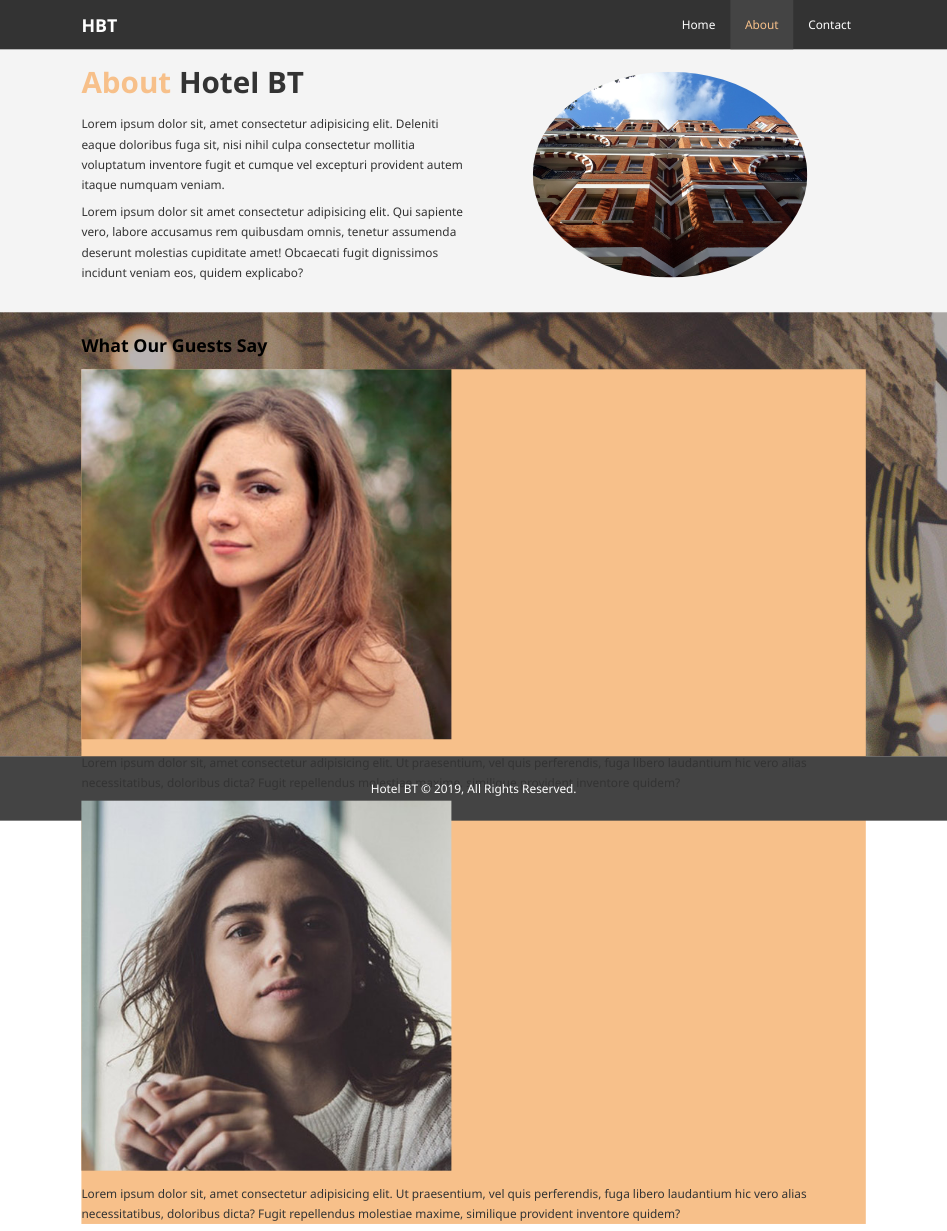
Repository: minhtien9/hotel-website
Page: about.html
An editor plug-in stored every save of this project. The page is shown before and after the next save, followed by the edit.
The browser window is 1280 px wide. The pictures show the whole page, at 74% of full size.

Above is the page before, as saved 2021-08-14 18:27:23.

### about.html
<!DOCTYPE html>
<html lang="en">

<head>
    <meta charset="UTF-8" />
    <meta http-equiv="X-UA-Compatible" content="IE=edge" />
    <meta name="viewport" content="width=device-width, initial-scale=1.0" />
    <meta name="description" content="Welcome to the most extraordinary hotel in Boston Massachusetts" />
    <meta name="keywords" content="hotel, boston hotel, new england hotel" />

    <link rel="stylesheet" href="css/style.css" />
    <title>Hotel BT | About</title>
</head>

<body>
    <header>
        <nav id="navbar">
            <div class="container">
                <h1 class="logo">
                    <a href="index.html"></a> HBT</h1>
                <ul>
                    <li><a href="index.html">Home</a></li>
                    <li><a class="current" href="about.html">About</a></li>
                    <li><a href="contact.html">Contact</a></li>
                </ul>
            </div>
        </nav>
    </header>
    <section id="about-info" class="bg-light py-3">
        <div class="container">
            <div class="info-left">
                <h1 class="l-heading">
                    <span class="text-primary">About</span> Hotel BT
                </h1>
                <p>
                    Lorem ipsum dolor sit, amet consectetur adipisicing elit. Deleniti eaque doloribus fuga sit, nisi nihil culpa consectetur mollitia voluptatum inventore fugit et cumque vel excepturi provident autem itaque numquam veniam.
                </p>
                <p>
                    Lorem ipsum dolor sit amet consectetur adipisicing elit. Qui sapiente vero, labore accusamus rem quibusdam omnis, tenetur assumenda deserunt molestias cupiditate amet! Obcaecati fugit dignissimos incidunt veniam eos, quidem explicabo?
                </p>
            </div>
            <div class="info-right">
                <img src="./img/photo-2.jpg" alt="hotel" />
            </div>
        </div>
    </section>
    <div class="clr"></div>
    <section id="testimonials" class="py-3">
        <div class="container">
            <h2 class="lheading">What Our Guests Say</h2>
            <div class="testtimonial bg-primary">
                <img src="./img/person-1.jpg" alt="Samantha" />
                <p>
                    Lorem ipsum dolor sit, amet consectetur adipisicing elit. Ut praesentium, vel quis perferendis, fuga libero laudantium hic vero alias necessitatibus, doloribus dicta? Fugit repellendus molestiae maxime, similique provident inventore quidem?
                </p>
            </div>
            <div class="testtimonial bg-primary">
                <img src="./img/person-2.jpg" alt="Jen" />
                <p>
                    Lorem ipsum dolor sit, amet consectetur adipisicing elit. Ut praesentium, vel quis perferendis, fuga libero laudantium hic vero alias necessitatibus, doloribus dicta? Fugit repellendus molestiae maxime, similique provident inventore quidem?
                </p>
            </div>
        </div>
    </section>
    <footer id="main-footer">
        <p>Hotel BT &copy; 2019, All Rights Reserved.</p>
    </footer>
</body>

</html>

### css/style.css
/* Reset */

* {
    margin: 0;
    padding: 0;
    box-sizing: border-box;
}


/* Main Styling */

html,
body {
    font-family: 'Segoe UI', Tahoma, Geneva, Verdana, sans-serif;
    line-height: 1.7em;
}

a {
    color: #333;
    text-decoration: none;
}

h1,
h2,
h3 {
    padding-bottom: 20px;
}

p {
    margin: 10px 0;
}


/* Utility Classes */

.container {
    margin: auto;
    max-width: 1100px;
    overflow: auto;
    padding: 0 20px;
}

.text-primary {
    color: #f7c08a;
}

.lead {
    font-size: 20px;
}

.btn {
    display: inline-block;
    font-size: 18px;
    color: #fff;
    background: #333;
    padding: 13px 20px;
    border: none;
    cursor: pointer;
}

.btn:hover {
    background: #f7c08a;
    color: #333;
}

.btn-light {
    background: #f4f4f4;
    color: #333;
}

.bg-dark {
    background: #333;
    color: #fff;
}

.bg-light {
    background: #f4f4f4;
    color: #333;
}

.bg-primary {
    background: #f7c08a;
    color: #333;
}

.clr {
    clear: both;
}

.l-heading {
    font-size: 40px;
}


/* Padding */

.py-1 {
    padding: 10px 0;
}

.py-2 {
    padding: 20px 0;
}

.py-3 {
    padding: 30px 0;
}


/* Navbar */

#navbar {
    background: #333;
    color: #fff;
    overflow: auto;
}

#navbar a {
    color: #fff;
}

#navbar h1 {
    float: left;
    padding-top: 20px;
}

#navbar ul {
    list-style: none;
    float: right;
}

#navbar ul li {
    float: left;
}

#navbar ul li a {
    display: block;
    padding: 20px;
    text-align: center;
}

#navbar ul li a:hover,
#navbar ul li a.current {
    background: #444;
    color: #f7c08a;
}


/* Show case */

#showcase {
    background: url('../img/showcase.jpg') no-repeat center center/cover;
    height: 600px;
}

#showcase .showcase-content {
    color: #fff;
    text-align: center;
    padding-top: 170px;
}

#showcase .showcase-content h1 {
    font-size: 60px;
    line-height: 1.2em;
}

#showcase .showcase-content p {
    padding: bottom 20px;
    line-height: 1.7em;
}


/* Home info */

#home-info {
    height: 400px;
}

#home-info .info-img {
    float: left;
    width: 50%;
    background: url('../img/photo-1.jpg') no-repeat;
    min-height: 100%;
}

#home-info .info-content {
    float: right;
    width: 50%;
    height: 100%;
    text-align: center;
    padding: 50px 30px;
    overflow: hidden;
}

#home-info .info-content p {
    padding-bottom: 30px;
}


/* Features */

.box {
    float: left;
    width: 33.3%;
    padding: 50px;
    text-align: center;
}

.box i {
    margin-bottom: 10px;
}


/* About */

#about-info .info-right {
    float: right;
    width: 50%;
    min-height: 100%;
}

#about-info .info-right img {
    display: block;
    margin: auto;
    width: 70%;
    border-radius: 50%;
}

#about-info .info-left {
    float: left;
    width: 50%;
    min-height: 100%;
}


/* Testimonials */

#testimonials {
    height: 600px;
    background: url('../img/test-bg.jpg') no-repeat;
}


/* Footer */

#main-footer {
    text-align: center;
    background: #444;
    color: #fff;
    padding: 20px;
}

After the next save:
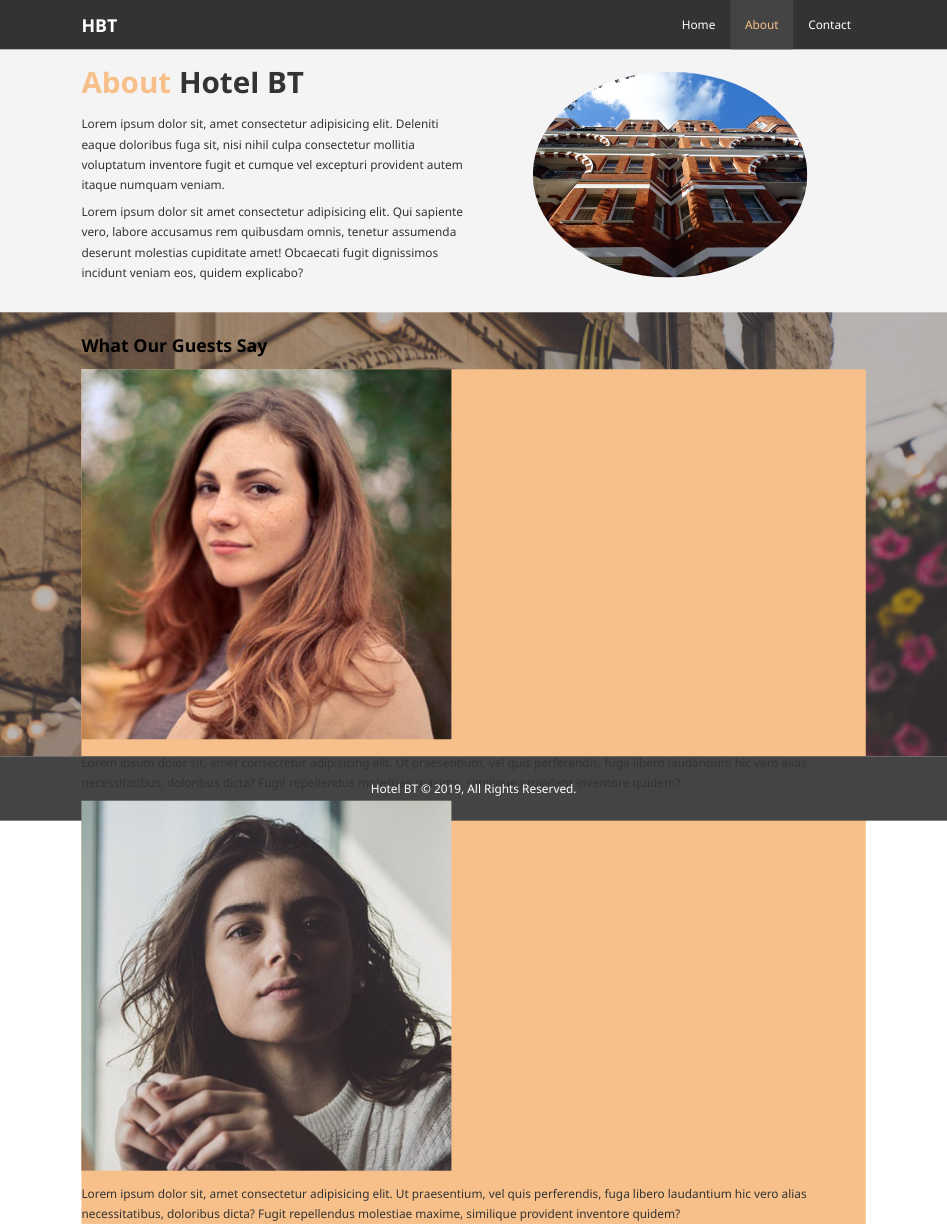
Saved 13 s later.
--- a/css/style.css
+++ b/css/style.css
@@ -237,7 +237,7 @@ p {
 
 #testimonials {
     height: 600px;
-    background: url('../img/test-bg.jpg') no-repeat;
+    background: url('../img/test-bg.jpg') no-repeat center center/cover;
 }
 
 
